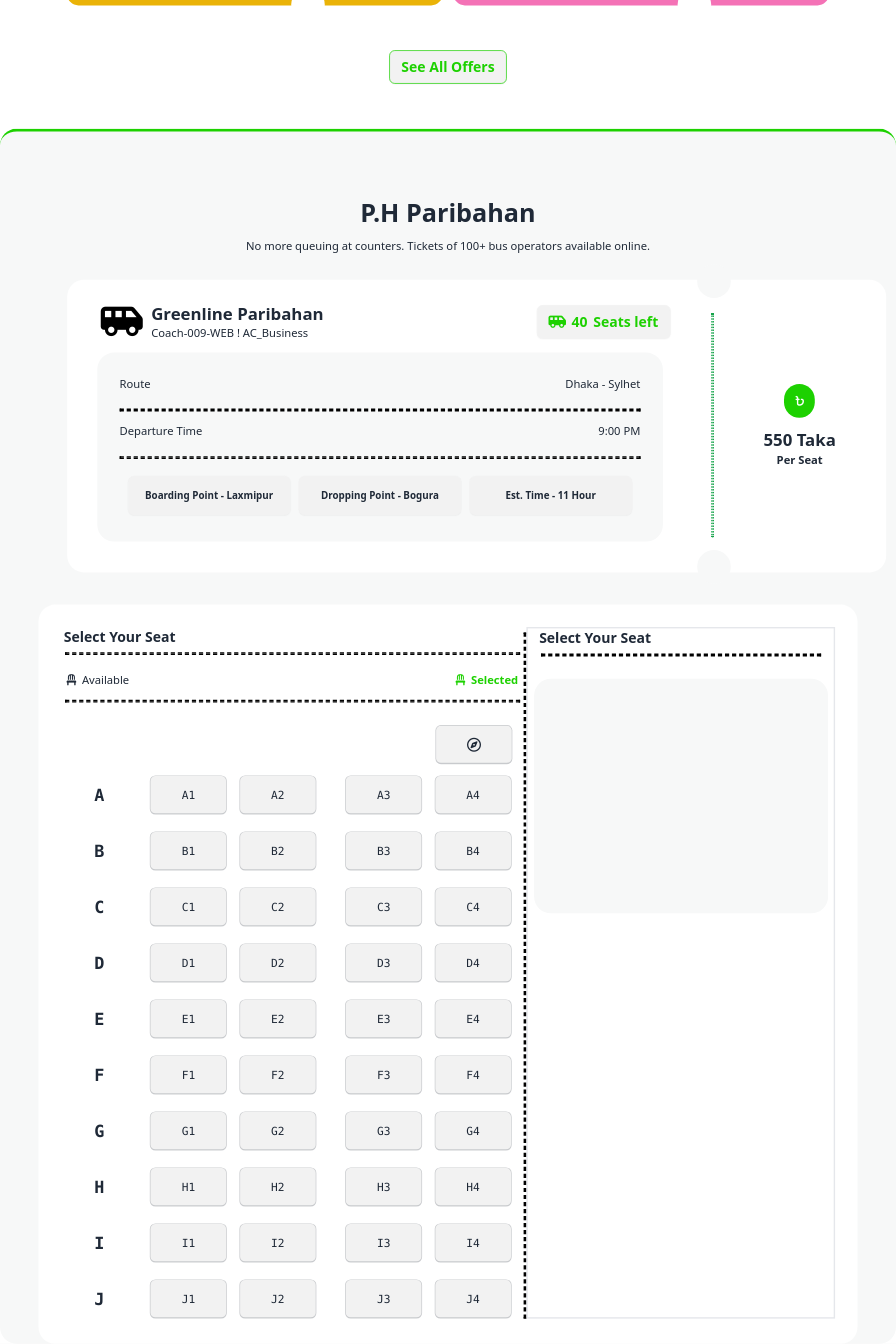
Repository: RudrasahaDibos/Smart-ticketing
Page: index.html
An editor plug-in stored every save of this project. The page is shown before and after a run of saves, followed by the edit.
The browser window is 1280 px wide. The pictures show the part of the page from y = 1134 to 3054 px (the page is 3054 px tall), at 70% of full size.
Some web fonts or font styles are not loaded; a fallback is used. Some web libraries are served in a nearby version.

Above is the page before, as saved 2024-11-10 15:53:33.

After the next 2 saves:
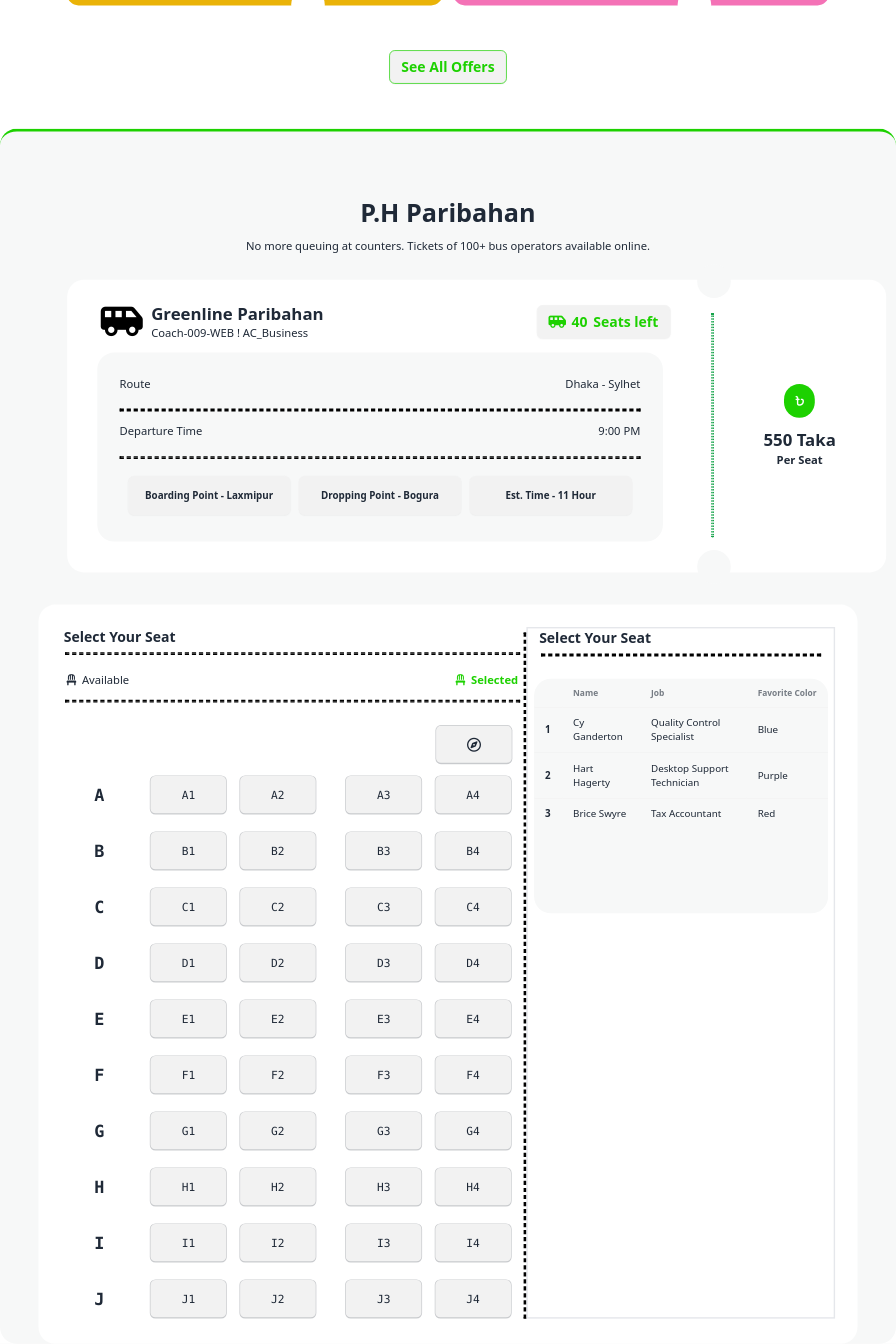
The 2 saves are shown as one change because they came seconds apart.
The last was saved 8 s later.
--- a/index.html
+++ b/index.html
@@ -435,7 +435,42 @@
                 class="border-dashed border-black border-2 mt-2  w-[400px] mx-auto h-0"></div>
 
                 <div class="bg-[#F7F8F8] w-[420px] h-[335px] rounded-3xl mx-auto mt-8 ">
-
+                  <div class="overflow-x-auto">
+                    <table class="table">
+                      <!-- head -->
+                      <thead>
+                        <tr>
+                          <th></th>
+                          <th>Name</th>
+                          <th>Job</th>
+                          <th>Favorite Color</th>
+                        </tr>
+                      </thead>
+                      <tbody>
+                        <!-- row 1 -->
+                        <tr>
+                          <th>1</th>
+                          <td>Cy Ganderton</td>
+                          <td>Quality Control Specialist</td>
+                          <td>Blue</td>
+                        </tr>
+                        <!-- row 2 -->
+                        <tr>
+                          <th>2</th>
+                          <td>Hart Hagerty</td>
+                          <td>Desktop Support Technician</td>
+                          <td>Purple</td>
+                        </tr>
+                        <!-- row 3 -->
+                        <tr>
+                          <th>3</th>
+                          <td>Brice Swyre</td>
+                          <td>Tax Accountant</td>
+                          <td>Red</td>
+                        </tr>
+                      </tbody>
+                    </table>
+                  </div>
                 </div>
 
             </div>
